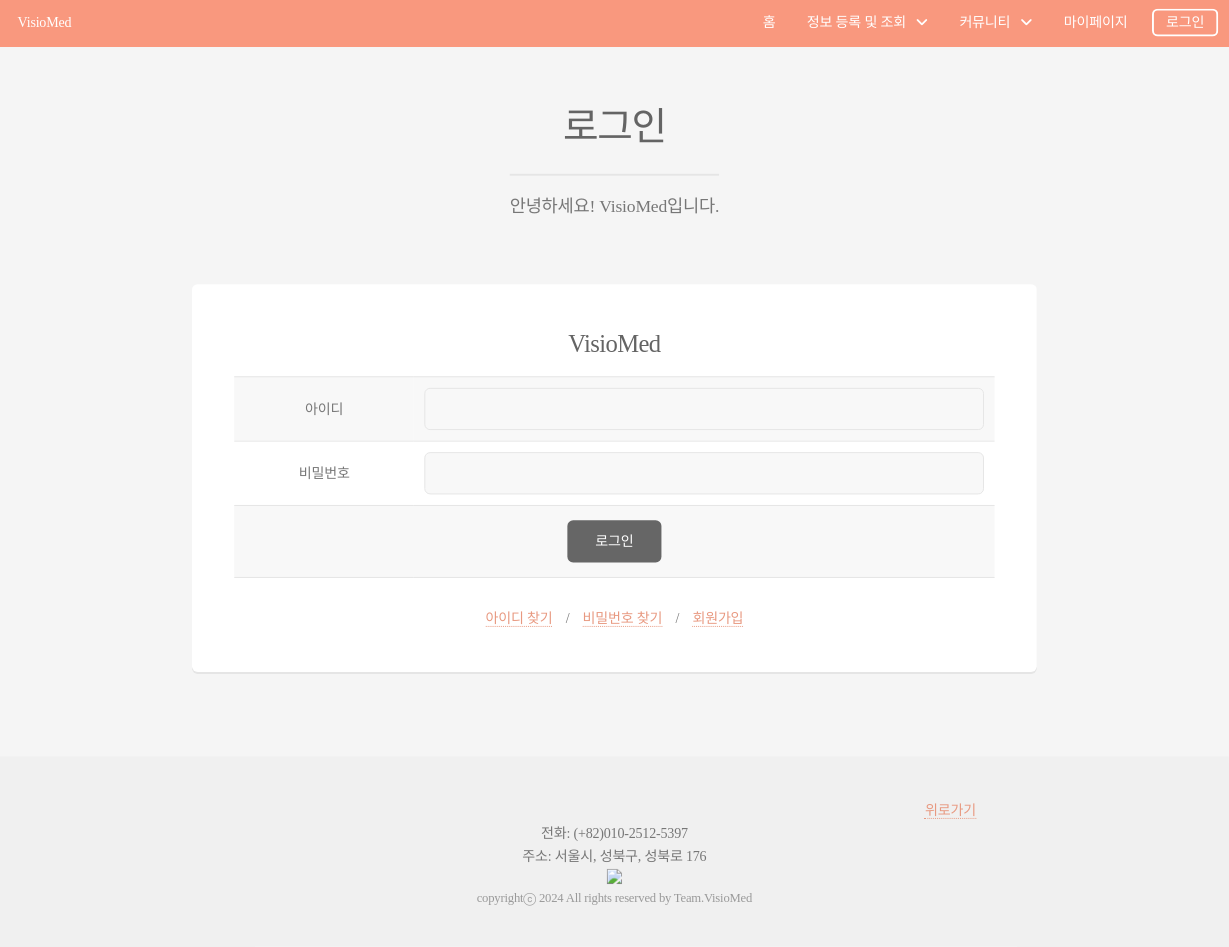
Repository: Jeffrey-Moon/visiomed
Page: http://localhost/Project_VisioMed/Login.jsp
The author's editor kept a copy of each file at every save. The page is drawn from the files as they stood at one save, then again after the next save.
The browser window is 1280 px wide. The pictures show the whole page, at 96% of full size.
Some web fonts or font styles are not loaded; a fallback is used. Some web libraries are served in a nearby version. The page is served by Tomcat 9.

Above is the page before, as saved 2024-07-20 05:21:29.
Console error: SyntaxError: Unexpected token '<'

After the next save:
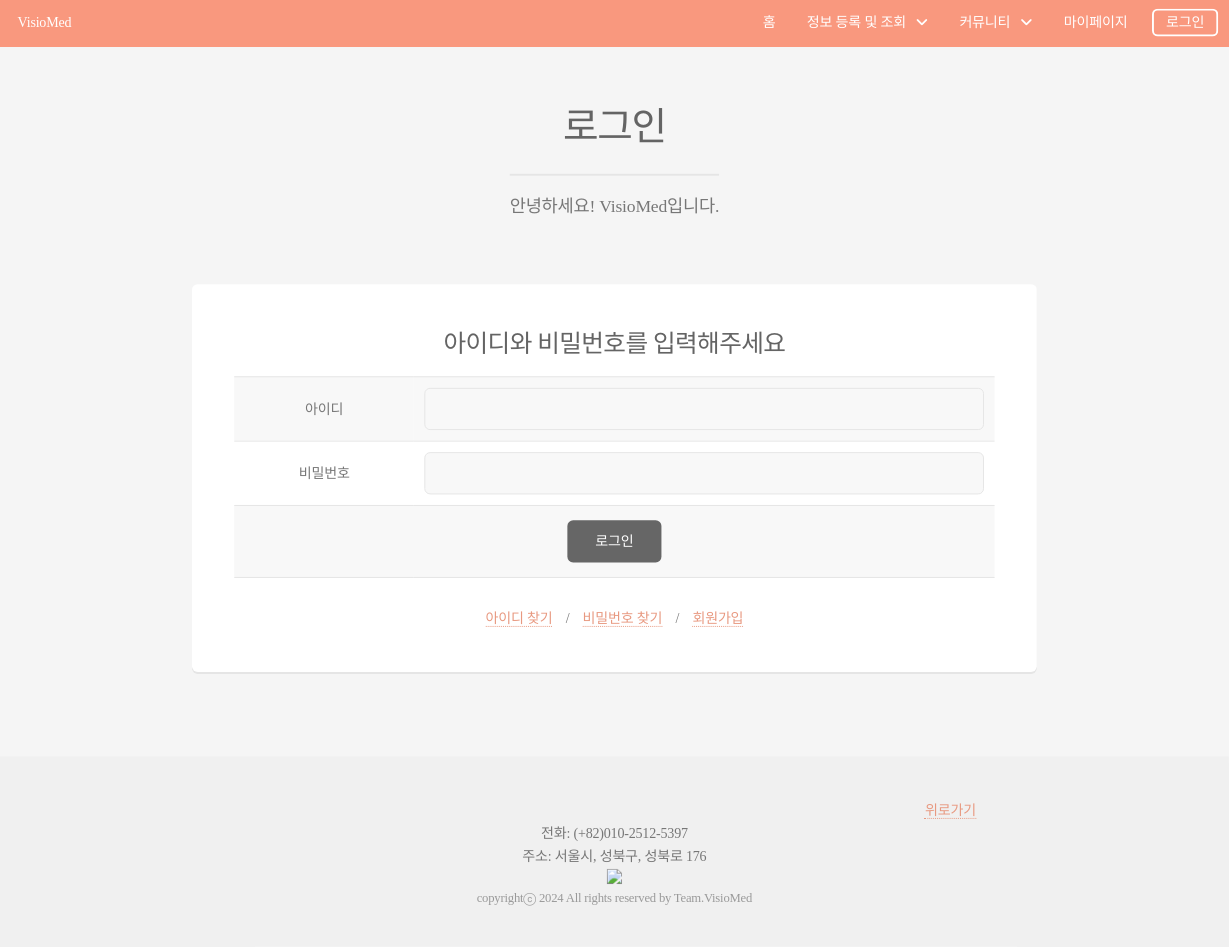
Saved 28 s later.
--- a/Project_VisioMed/Project_VisioMed/src/main/webapp/Login.jsp
+++ b/Project_VisioMed/Project_VisioMed/src/main/webapp/Login.jsp
@@ -42,7 +42,7 @@
 
 					<table>
 						<thead>
-							<h3 align="center">VisioMed</h3>
+							<h3 align="center">아이디와 비밀번호를 입력해주세요</h3>
 						</thead>
 
 						<tbody>
